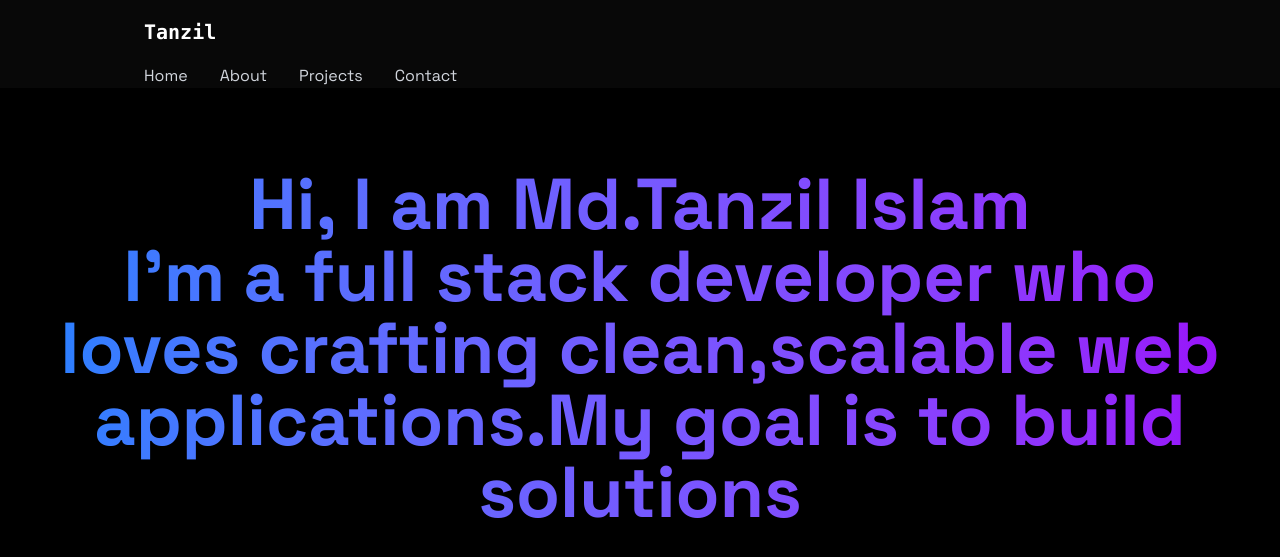
Repository: tanimtanzilislam/my_portfolio
Page: /
The author's editor kept a copy of each file at every save. The page is drawn from the files as they stood at one save, then again after the next save.
The browser window is 1280 px wide. The pictures show the whole page.
The project was rebuilt for these pictures with package versions that can differ from the ones it lists, and the page was loaded fresh each time. Also part of the build but not shown: vite.config.js.

Above is the page before, as saved 2025-05-10 11:40:52.

After the next save:
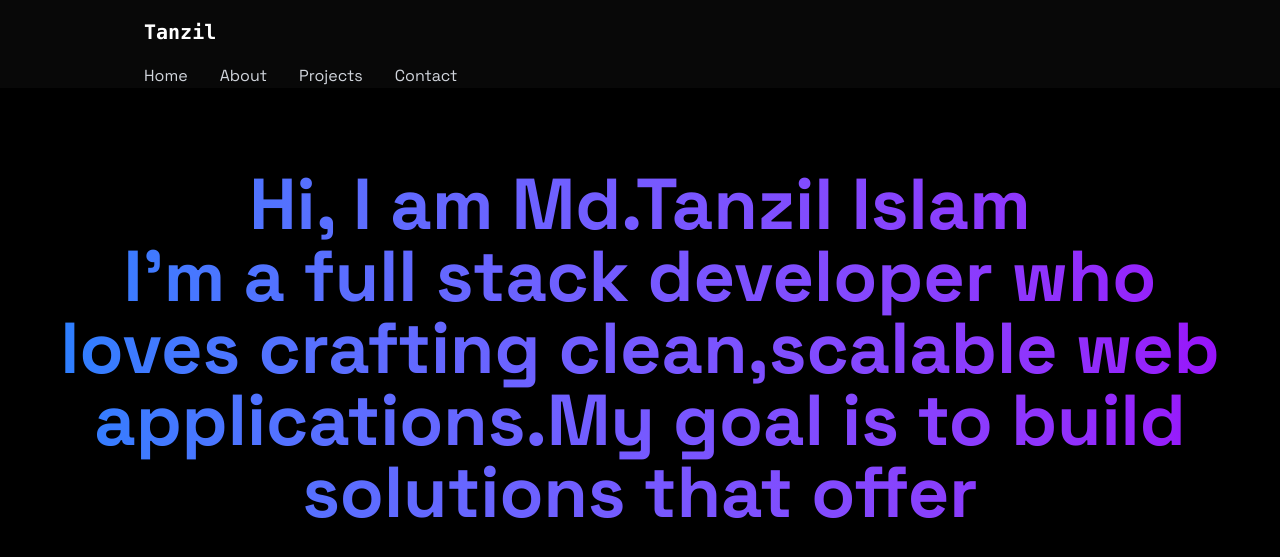
Saved 9 s later.
--- a/src/components/sections/Home.jsx
+++ b/src/components/sections/Home.jsx
@@ -3,7 +3,7 @@ export const Home =()=>{
         <div className="text-center z-10 px-14">
             <h1 className="text-5xl md:text-7xl font-bold mb-6 bg-gradient-to-r from-blue-500 to-purple-600 bg-clip-text text-transparent leading-right">Hi, I am Md.Tanzil Islam
                 <p>
-                    I'm a full stack developer who loves crafting clean,scalable web applications.My goal is to build solutions                </p>
+                    I'm a full stack developer who loves crafting clean,scalable web applications.My goal is to build solutions that offer                 </p>
             </h1>
         </div>
     </section>
